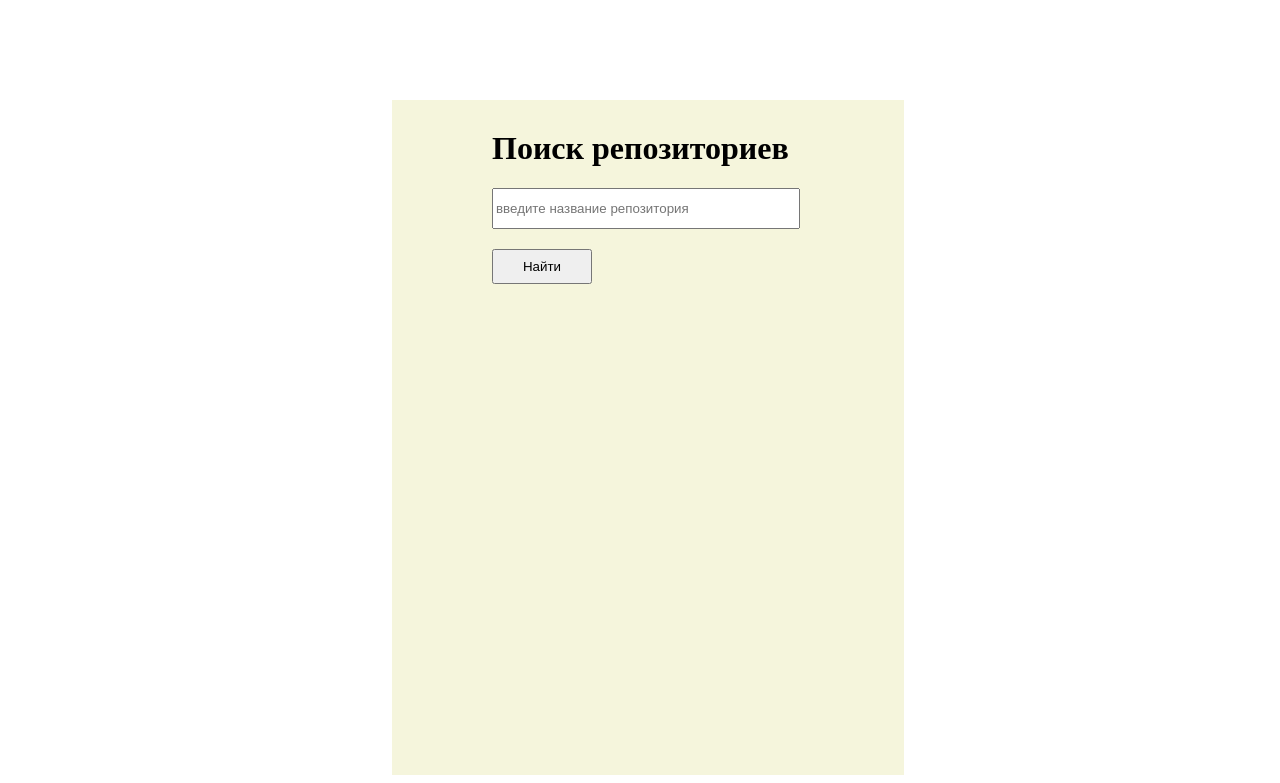
Repository: Grid-Master/repositoriesSearch
Page: index.html
An editor plug-in stored every save of this project. The page is shown before and after the next save, followed by the edit.
The browser window is 1280 px wide. The pictures show the whole page.

Above is the page before, as saved 2023-03-14 16:23:16.

After the next save:
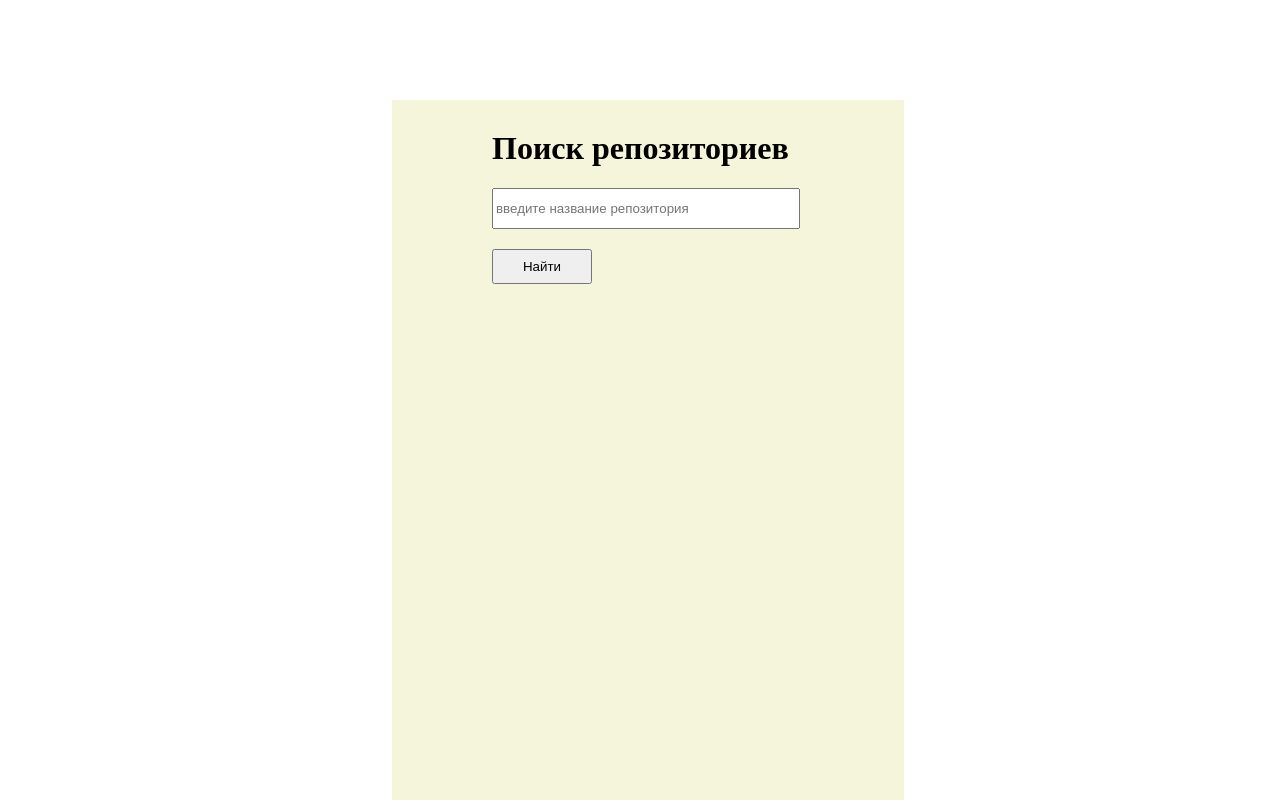
Saved 31 s later.
--- a/index.html
+++ b/index.html
@@ -7,7 +7,7 @@
     <title>git</title>
     <style>
       body > div {
-        height: 675px;
+        height: 700px;
       }
       form {
         margin: 100px;
